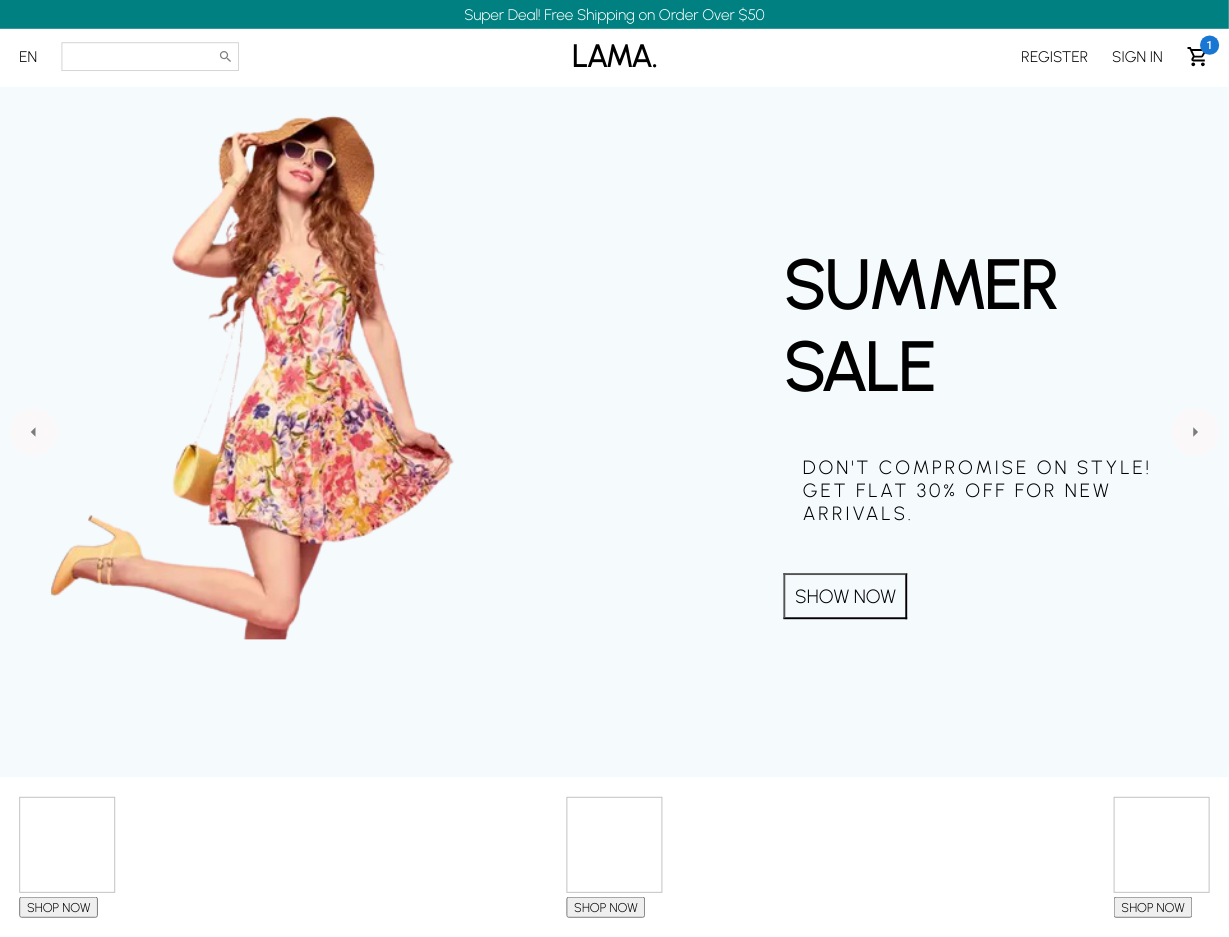
Repository: kmvaghela/ECOMMERCE
Page: /
An editor plug-in stored every save of this project. The page is shown before and after the next save, followed by the edit.
The browser window is 1280 px wide. The pictures show the whole page, at 96% of full size.
The project was rebuilt for these pictures with package versions that can differ from the ones it lists, and the page was loaded fresh each time.

Above is the page before, as saved 2022-02-22 20:43:22.

After the next save:
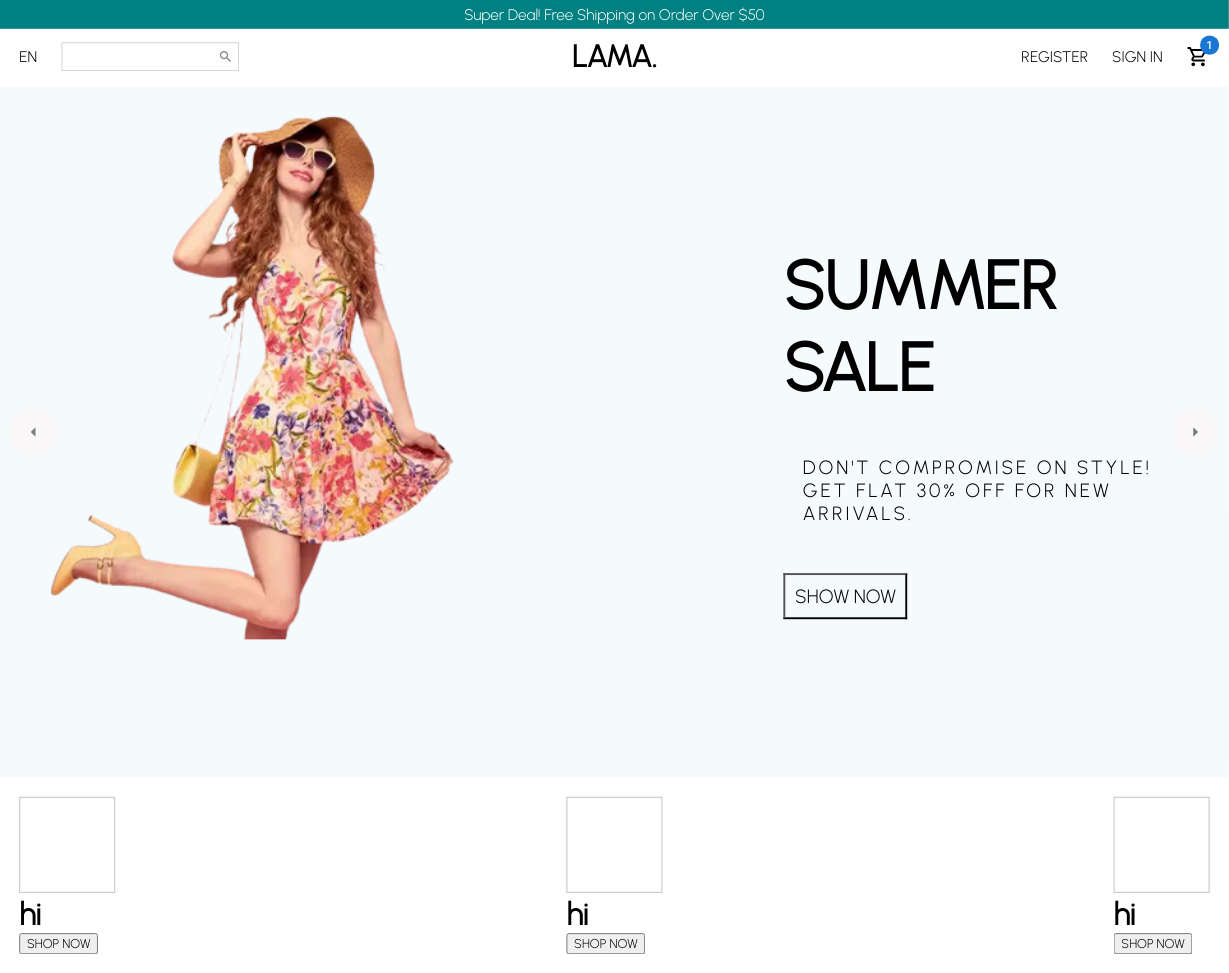
Saved 15 s later.
--- a/src/components/CategoryItem.jsx
+++ b/src/components/CategoryItem.jsx
@@ -16,7 +16,7 @@
     <Container>
       <Image src={item.img} alt="" />
       <Info>
-        <Title>{item.title}</Title>
+        <Title>{item.title}hi</Title>
         <Button>SHOP NOW</Button>
       </Info>
     </Container>
